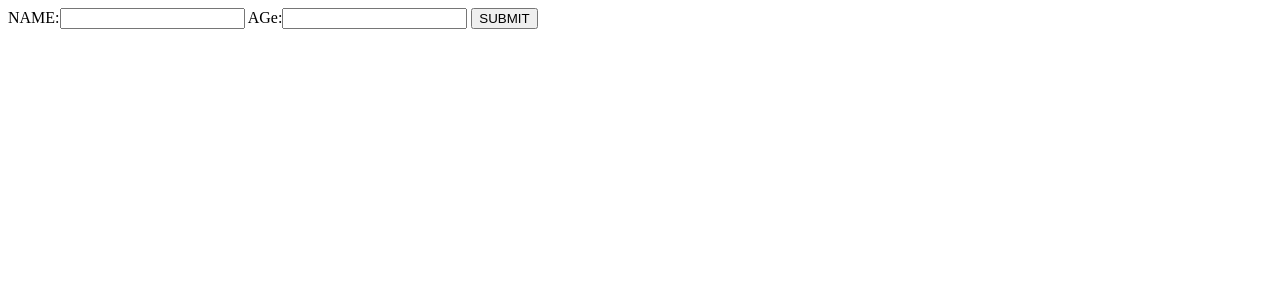
Repository: Muskan-Garg696/muskan_training
Page: WebApplicationProject1/CheckAge/WebContent/Home.html
These files come from the project's save history. The page is drawn as it stood at one moment and after the next save; the edit follows.
The browser window is 1280 px wide. The pictures show the whole page.

Above is the page before, as saved 2019-09-06 09:30:54.

### WebApplicationProject1/CheckAge/WebContent/Home.html
<!DOCTYPE html>
<html>
<head>
<meta charset="ISO-8859-1">
<title>Insert title here</title>
</head>
<body>
<form action="CheckAge" method="post">
NAME:<input type="text" name="user" >
AGe:<input type="text" name="Age" >
<INPUT TYPE="SUBMIT" NAME="SUBMIT" VALUE="SUBMIT">


</form>
</body>
</html>

After the next save:
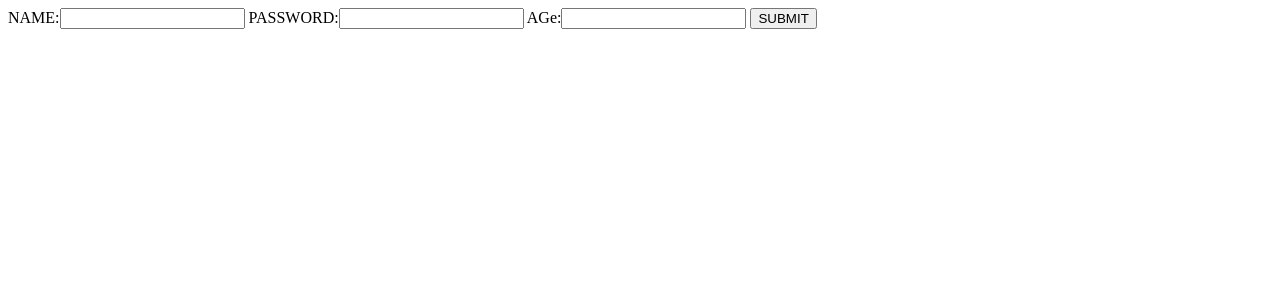
Saved 4 min 34 s later.
--- a/WebApplicationProject1/CheckAge/WebContent/Home.html
+++ b/WebApplicationProject1/CheckAge/WebContent/Home.html
@@ -7,6 +7,7 @@
 <body>
 <form action="CheckAge" method="post">
 NAME:<input type="text" name="user" >
+PASSWORD:<input type="password" name="password" >
 AGe:<input type="text" name="Age" >
 <INPUT TYPE="SUBMIT" NAME="SUBMIT" VALUE="SUBMIT">
 
